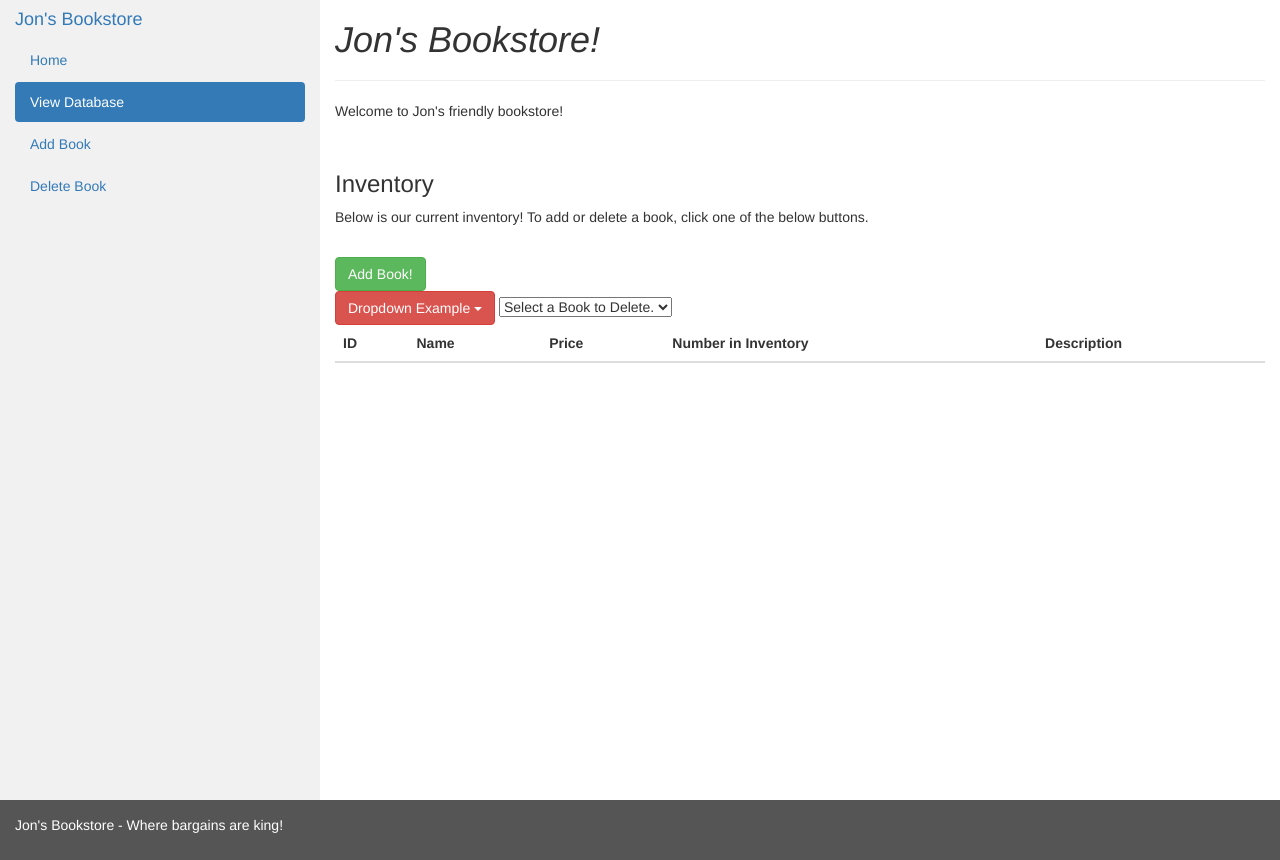
Repository: Inferno51/bookstoreproject
Page: http://localhost/bookstore/readfromdb.jsp
These files come from the project's save history. The page is drawn as it stood at one moment and after the next save; the edit follows.
The browser window is 1280 px wide. The pictures show the whole page.
The page is served by Tomcat 9. Queries for data that is not in the repository find no rows.

Above is the page before, as saved 2016-09-02 18:00:23.

After the next save:
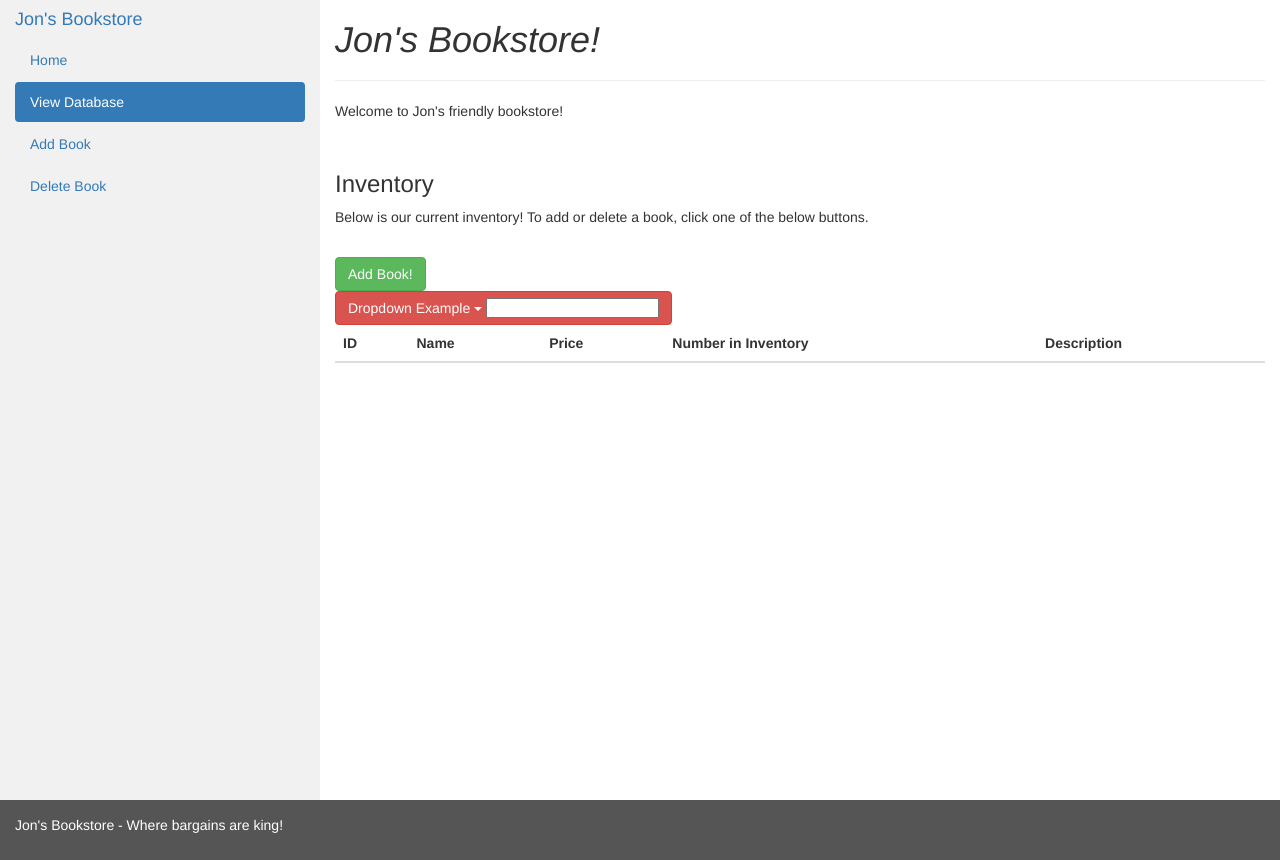
Saved 46 s later.
--- a/bookstore/src/main/webapp/readfromdb.jsp
+++ b/bookstore/src/main/webapp/readfromdb.jsp
@@ -49,8 +49,8 @@
 					<div class="dropdown" id="deleteDropDown">
 					    <form id="deleting" action="DeleteFromDB" method="POST">
 						    <button class="btn btn-danger dropdown-toggle" type="button" data-toggle="dropdown">Dropdown Example
-						    <span class="caret"></span></button>
-							    <select name="deletename" onchange="this.form.submit()">
+						    <span class="caret"></span>
+							    <select name="deletename" onchange="this.form.submit()"></button>
 							    	<option selected="selected" style="display:none">Select a Book to Delete.</option>
 							    	<%
 										com.bookstore.DAO.readFromDB();

After the save that followed:
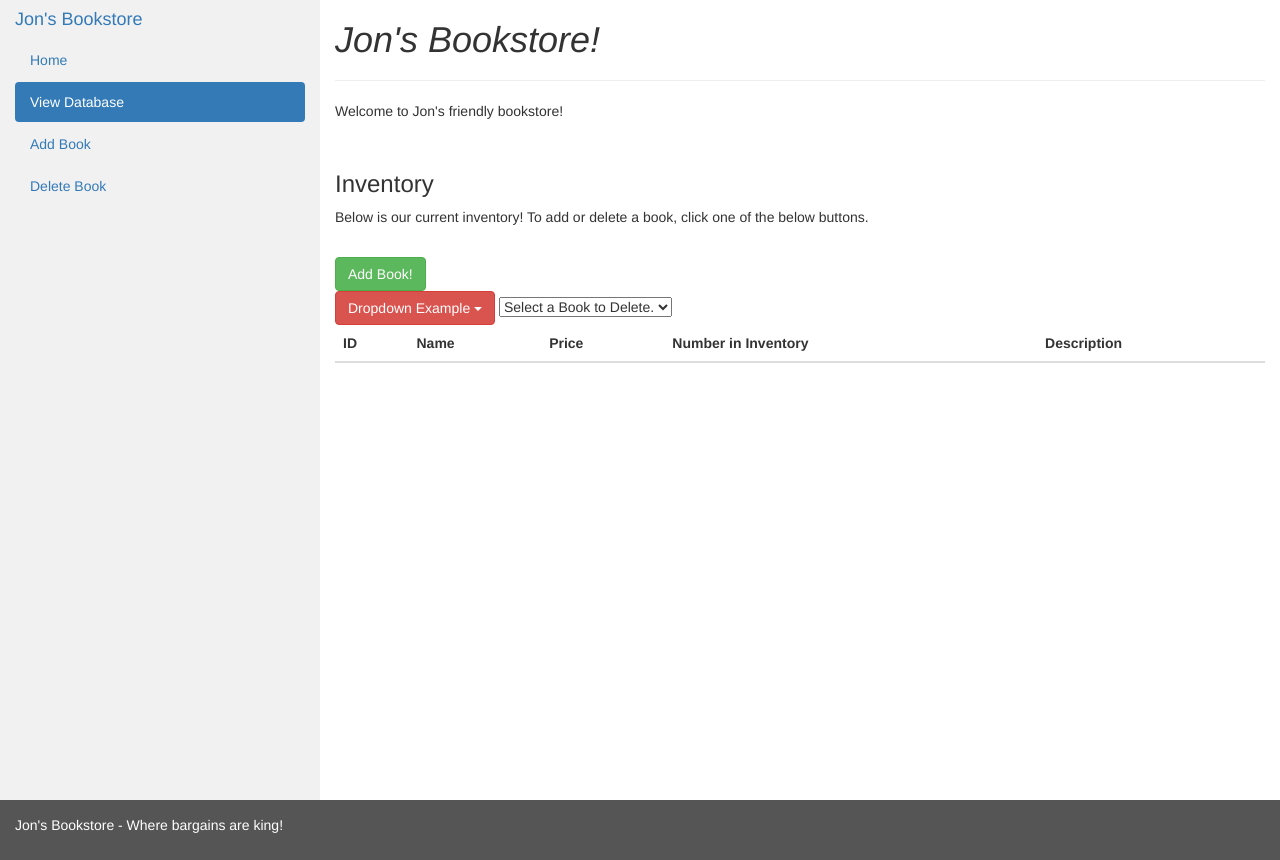
Saved 25 s later.
--- a/bookstore/src/main/webapp/readfromdb.jsp
+++ b/bookstore/src/main/webapp/readfromdb.jsp
@@ -49,8 +49,8 @@
 					<div class="dropdown" id="deleteDropDown">
 					    <form id="deleting" action="DeleteFromDB" method="POST">
 						    <button class="btn btn-danger dropdown-toggle" type="button" data-toggle="dropdown">Dropdown Example
-						    <span class="caret"></span>
-							    <select name="deletename" onchange="this.form.submit()"></button>
+						    <span class="caret"></span></button>
+							    <select name="deletename" onchange="this.form.submit()">
 							    	<option selected="selected" style="display:none">Select a Book to Delete.</option>
 							    	<%
 										com.bookstore.DAO.readFromDB();
